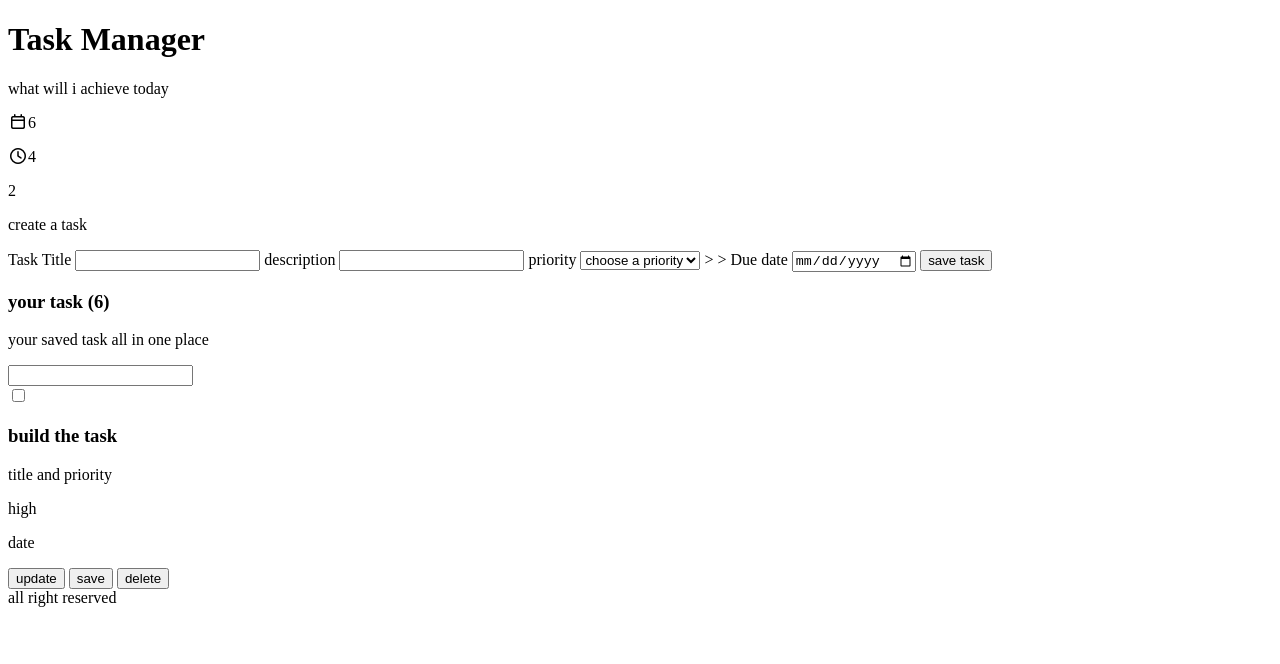
Repository: XDENTERTAINMENT/task-manager-groupwork
Page: index.html
These files come from the project's save history. The page is drawn as it stood at one moment and after a run of saves; the edit follows.
The browser window is 1280 px wide. The pictures show the whole page.

Above is the page before, as saved 2026-10-23 21:29:02.

### index.html
<!DOCTYPE html>
<html lang="en">
<head>
    <meta charset="UTF-8">
    <meta name="viewport" content="width=device-width, initial-scale=1.0">
    <title>Personal-Task-Manager</title>
    <link rel="stylesheet" href="https://cdnjs.cloudflare.com/ajax/libs/font-awesome/7.3.1/css/all.min.css" integrity="sha512-QeR2VH+lsBE5LSAe1Q5EnTBbe7XTBubt8dG93Y7gidSgdMCr8nVqKcfKAMyN96SV8KDbZVTDXChatu5G2KQGzg==" crossorigin="anonymous" referrerpolicy="no-referrer">
</head>
<body>

   <header>
    <h1>Task Manager</h1>
    <p>what will i achieve today</p>
   </header>
    <!-- the main -->
   <main>
    <section class="section1">
        <div>
        <p id="total-task"> <i class="fa-regular fa-calendar"></i>6</p>
        </div>

        <div>
        <p id="pending-task"> <div></div> <i class="fa-regular fa-clock"></i>4</p>
        </div>

        <div>
        <p  id="completed-task">2</p>
        </div>
    </section>



    <!-- section 2 -->
    <section  class="section2">

        <!-- the create task section -->
      <div class="create-task">
          <div> <p>create a task</p></div>
       <form action="submit">

           <label for="title">
             Task Title
            <input type="text"  id="title-input">
           </label>


           <label for="description">
                   description
            <input type="text"  id="description-input">
           </label>

           <label for="priority">

            priority
             <select name="" id="">
                <option value="">choose a priority</option>
                <option value=""> High</option>
                <option value=""> Medium</option>
                <option value="">  low</option>
             </select>  >
            >
           </label>

           <label for="date">
            Due date
            <input type="date">
           </label>

     <button class="form-button"> save task</button>
       </form>
    <div>




      <!-- task mapping -->

        <div class="task-mapping">
              <h3> your task (6)</h3>
        <p> your saved task all in one place</p>
        <input type="search">


        <!-- the card -->
         <div class="card">
            <input type="checkbox">
            <div>

                <h3> build the task</h3>
                <p>title and priority</p>
                <p id="priority"> high</p></div>
                <p> date</p>


         </div>
<!-- the inline editing -->
         <div>
            <button>update</button>
            <button  class="save"> save</button>
            <button class="delete"> delete</button>

         </div>

        </div>



</div>

    </section>
   </main>

   <!-- the footer -->
   <footer>
    all right reserved
   </footer>
</body>
</html>

After the next 3 saves:
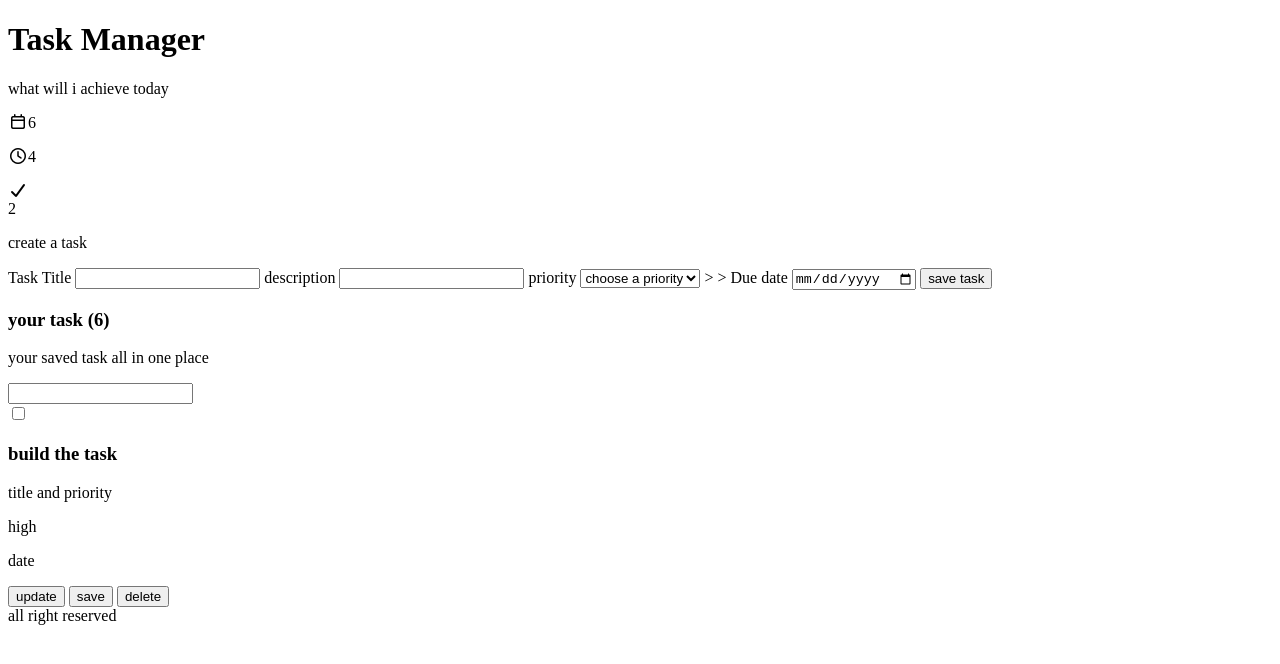
The 3 saves are shown as one change because they came seconds apart.
The last was saved 9 s later.
--- a/index.html
+++ b/index.html
@@ -24,7 +24,7 @@
         </div>
 
         <div>
-        <p  id="completed-task">2</p>
+        <p  id="completed-task"> <div><i class="fa-solid fa-check"></i></div>2</p>
         </div>
     </section>
 
